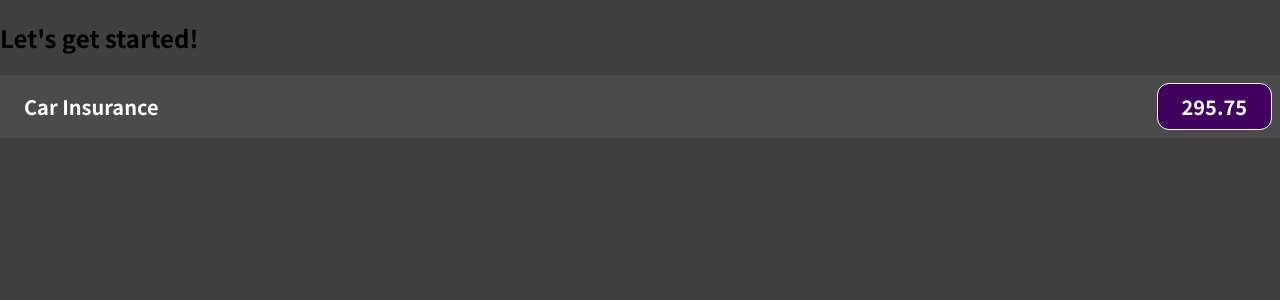
Repository: kowalkos/react-course-first
Page: /
An editor plug-in stored every save of this project. The page is shown before and after the next save, followed by the edit.
The browser window is 1280 px wide. The pictures show the whole page.
The project was rebuilt for these pictures with package versions that can differ from the ones it lists, and the page was loaded fresh each time.

Above is the page before, as saved 2021-11-27 16:58:54.

After the next save:
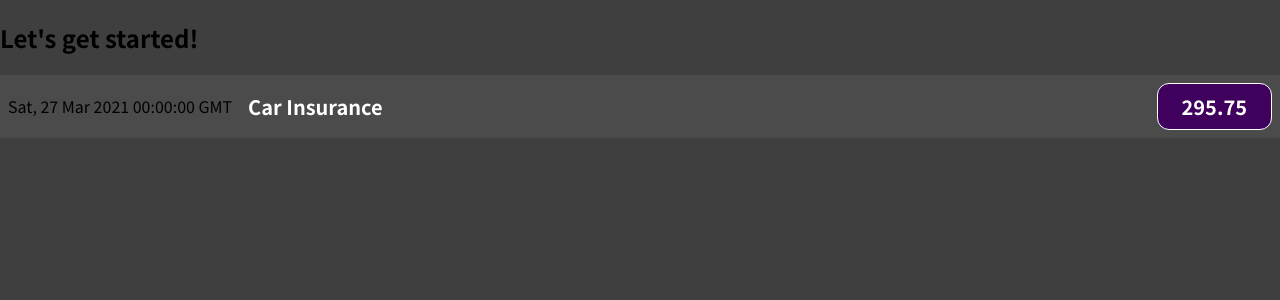
Saved 44 s later.
--- a/src/components/ExpenseItem.js
+++ b/src/components/ExpenseItem.js
@@ -5,7 +5,7 @@ function ExpenseItem() {
     const expenseAmount=295.75
   return (
     <div className="expense-item">
-      <div>{expenseDate.getTime}</div>
+      <div>{expenseDate.toUTCString()}</div>
       <div className="expense-item__description">
         <h2>{expenseTitle}</h2>
         <div className="expense-item__price">{expenseAmount}</div>
